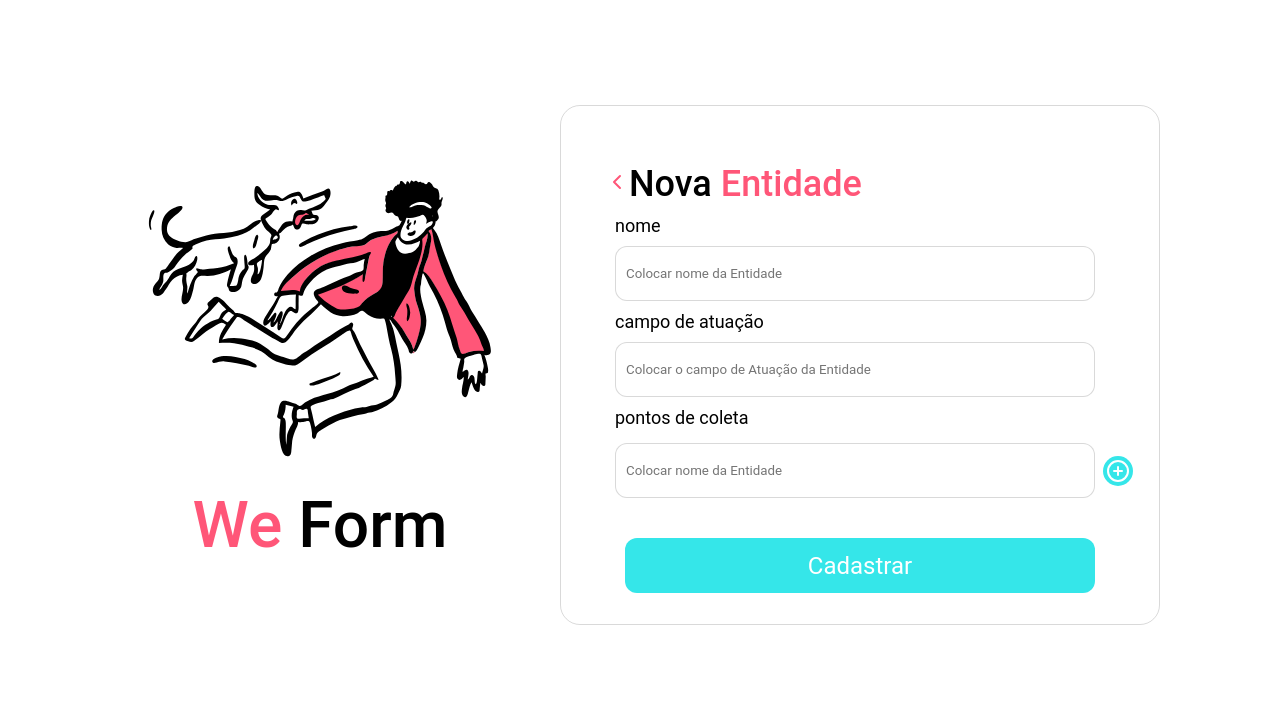
Repository: guilhermecardoso93/we-form
Page: nova-entidade.html
The author's editor kept a copy of each file at every save. The page is drawn from the files as they stood at one save, then again after the next save.
The browser window is 1280 px wide. The pictures show the whole page.
Some web libraries are served in a nearby version.

Above is the page before, as saved 2024-06-09 18:35:29.

### nova-entidade.html
<!DOCTYPE html>
<html lang="pt-BR">

    <head>
        <meta charset="UTF-8">
        <meta name="viewport" content="width=device-width, initial-scale=1.0">
        <link rel="stylesheet"
            href="https://cdnjs.cloudflare.com/ajax/libs/font-awesome/5.13.1/css/all.min.css">
        <link rel="stylesheet" href="./styles.css">
        <title>We Form</title>
    </head>

    <body>
        <div class="content">

            <aside>
                <img src="./assets/hero.svg"
                    alt="Ilustração mulher com cachorro" />
                <h1>
                    <span>We</span> Form
                </h1>
            </aside>

            <main>
                <div class="header">
                    <a href="/">
                        <img src="./assets/arrow-back.svg" alt="seta" />
                        </a href="/">
                        <h2>Nova <span>Entidade</span></h2>
                    </div>

                    <form>
                        <label form="nome">Nome</label>
                        <input type="text"
                            placeholder="Colocar nome da Entidade" id="nome">

                        <label form="field">Campo de Atuação</label>
                        <input type="select"
                            placeholder="Colocar o campo de Atuação da Entidade"
                            id="field">

                        <div class="points-things">
                            <label form="points">Pontos de coleta</label>

                            <input type="text"
                                placeholder="Colocar nome da Entidade"
                                id="points">
                            <button>
                                <img src="./assets/plus.svg" alt />
                            </button>

                        </div>
                    </form>
                    <div class="buttons">
                        <button>
                            <a href="http://">Cadastrar </a>
                        </div>

                    </main>
                </div>
            </body>

        </html>

### styles.css
* {
  padding: 0;
  margin: 0;
  box-sizing: border-box;
  font-family: Roboto, sans-serif;
}

:root {
  font-size: 62.5%;
  --border-color: .1rem solid rgba(0, 0, 0, 0.15);
}

body {
  font-size: 1.6rem;
  text-decoration: none;
}

button {
  cursor: pointer;
}

.content {
  display: flex;
  flex-wrap: wrap-reverse;
  align-items: center;
  justify-content: center;
  gap: 4rem;
  margin: 10.5rem 0 4rem 0;
}


aside {
  display: flex;
  flex-direction: column;
  align-items: center;
  justify-content: center;
  gap: 2rem;
}

aside h1 {
  font-size: 6.4rem;
  font-weight: 500;
  line-height: 75px;
}

aside h1>span, main h2>span {
  color: #FF5678;
}

aside img {
  width: 40rem;
}


main {
  width: 60rem;
  height: 52rem;
  border: var(--border-color);
  border-radius: 20px;
  padding: 5.7rem 4.4rem;
  position: relative;
}

main h2 {
  max-width: 43rem;
  font-size: 3.6rem;
  font-weight: 500;
}

.buttons {
  display: flex;
  flex-direction: column;
  justify-content: center;
  gap: 3.5rem;
  margin: 2rem;
}


.buttons button {
  background-color: #35e6e9;
  height: 5.5rem;
  border: none;
  border-radius: 12px;
}

.buttons button:hover {
  opacity: 0.5;
}

.buttons button a {
  text-decoration: none;
  color: #fff;
  font-size: 2.4rem;
}

.buttons button+button {
  background-color: #FF5678;
}

.footer {
  display: flex;
  flex-direction: column;
  align-items: center;
  justify-content: center;
  gap: 1rem;
}

.footer p {
  font-size: 1.6rem;
  margin-top: 8rem;
}

.footer a {
  font-size: 1.2rem;
  color: #000;
  text-decoration: none;
}

main form {
  display: flex;
  flex-direction: column;
  padding: 1rem;
}

main form input {
  width: 48rem;
  height: 5.5rem;
  background-color: #ffff;
  border: var(--border-color);
  border-radius: 12px;
  padding: 1rem;
  margin-bottom: 1rem;
}


main form label {
  font-size: 1.8rem;
  font-weight: 400;
  text-transform: lowercase;
  margin-bottom: 1rem;
  display: block;
}

.header {
  display: flex;
  align-items: center;
}

.points-things {
  display: flex;
  flex-direction: column;
  justify-content: space-between;
  align-items: start;
  gap: 0.5rem;
  position: relative;
}

.points-things button {
  display: flex;
  border: none;
  border-radius: 50px;
  height: 30px;
  width: 30px;
  align-items: center;
  justify-content: center;
  background-color: #35e6e9;
  position: absolute;
  right: -2.8rem;
  top: calc(2.7rem + 2.2rem);
  cursor: pointer;
}

### assets/arrow-back.svg
<svg xmlns="http://www.w3.org/2000/svg" width="24" height="24" viewBox="0 0 24 24" fill="none" stroke="#FF5678" stroke-width="2" stroke-linecap="round" stroke-linejoin="round" class="lucide lucide-chevron-left"><path d="m15 18-6-6 6-6"/></svg>

### assets/plus.svg
<svg xmlns="http://www.w3.org/2000/svg" width="24" height="24" viewBox="0 0 24 24" fill="none" stroke="#fff" stroke-width="2" stroke-linecap="round" stroke-linejoin="round" class="lucide lucide-circle-plus"><circle cx="12" cy="12" r="10"/><path d="M8 12h8"/><path d="M12 8v8"/></svg>

After the next save:
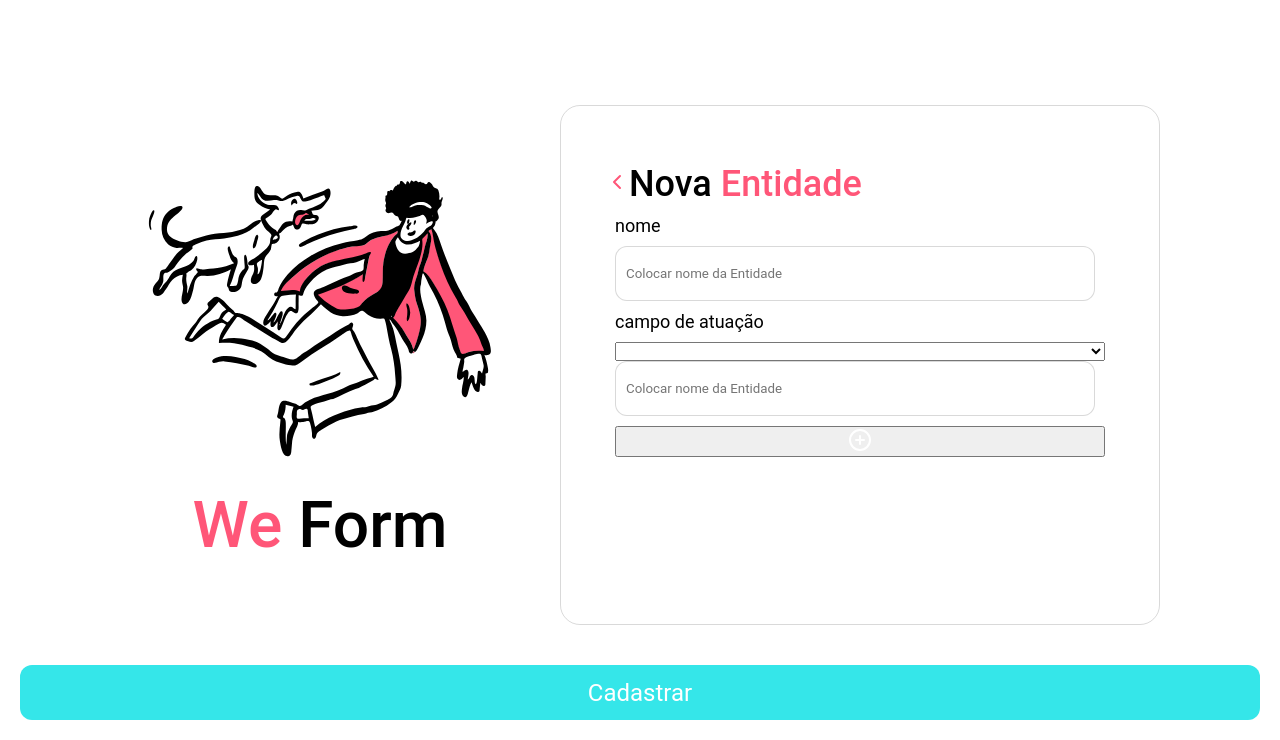
Saved 65 s later.
--- a/nova-entidade.html
+++ b/nova-entidade.html
@@ -35,7 +35,7 @@
                             placeholder="Colocar nome da Entidade" id="nome">
 
                         <label form="field">Campo de Atuação</label>
-                        <input type="select"
+                        <select type=""
                             placeholder="Colocar o campo de Atuação da Entidade"
                             id="field">
 
